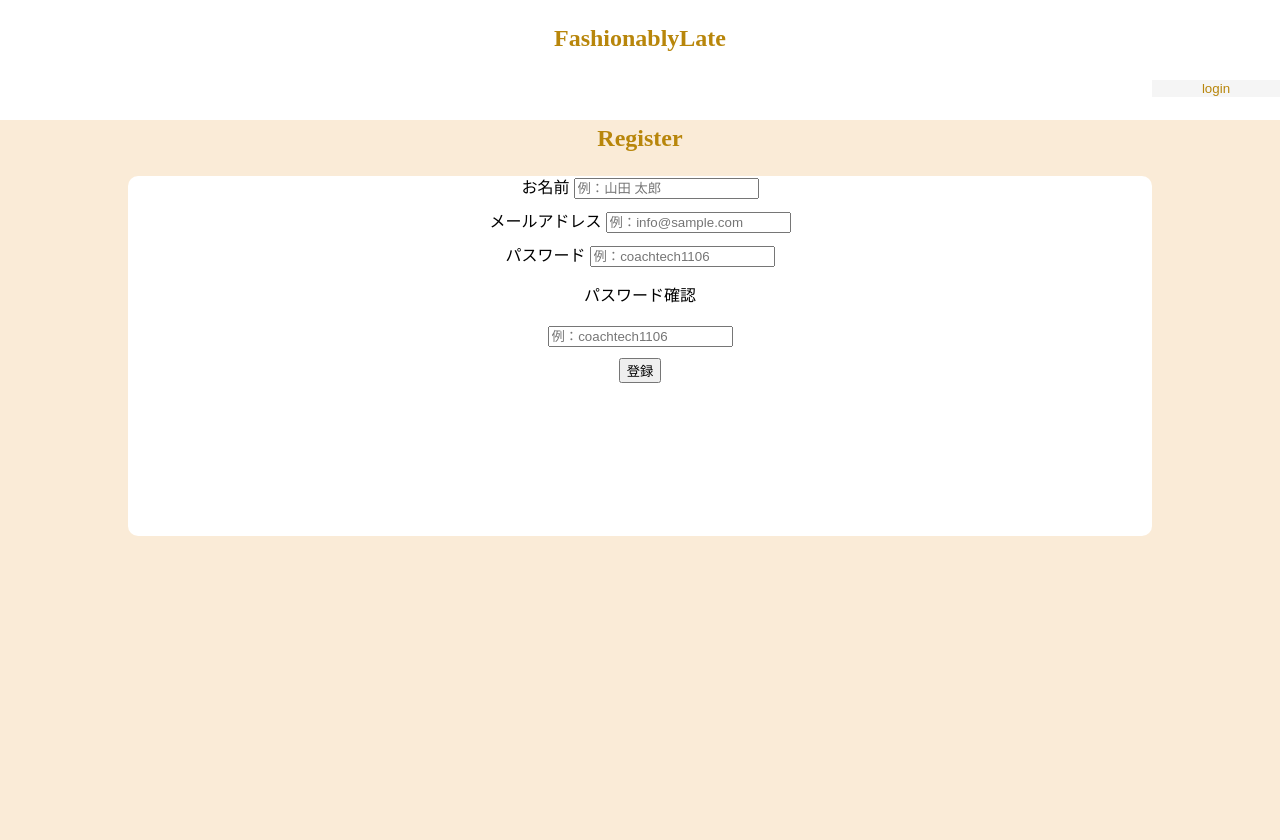
Repository: tokisiro/test-form
Page: http://localhost/register
An editor plug-in stored every save of this project. The page is shown before and after the next save, followed by the edit.
The browser window is 1280 px wide. The pictures show the whole page.
The page is served by the project's Laravel application, run on PHP 8.4 with Laravel 8. A made-up administrator, Test User (test@example.com), is signed in.

Above is the page before, as saved 2025-05-07 21:00:13.

After the next save:
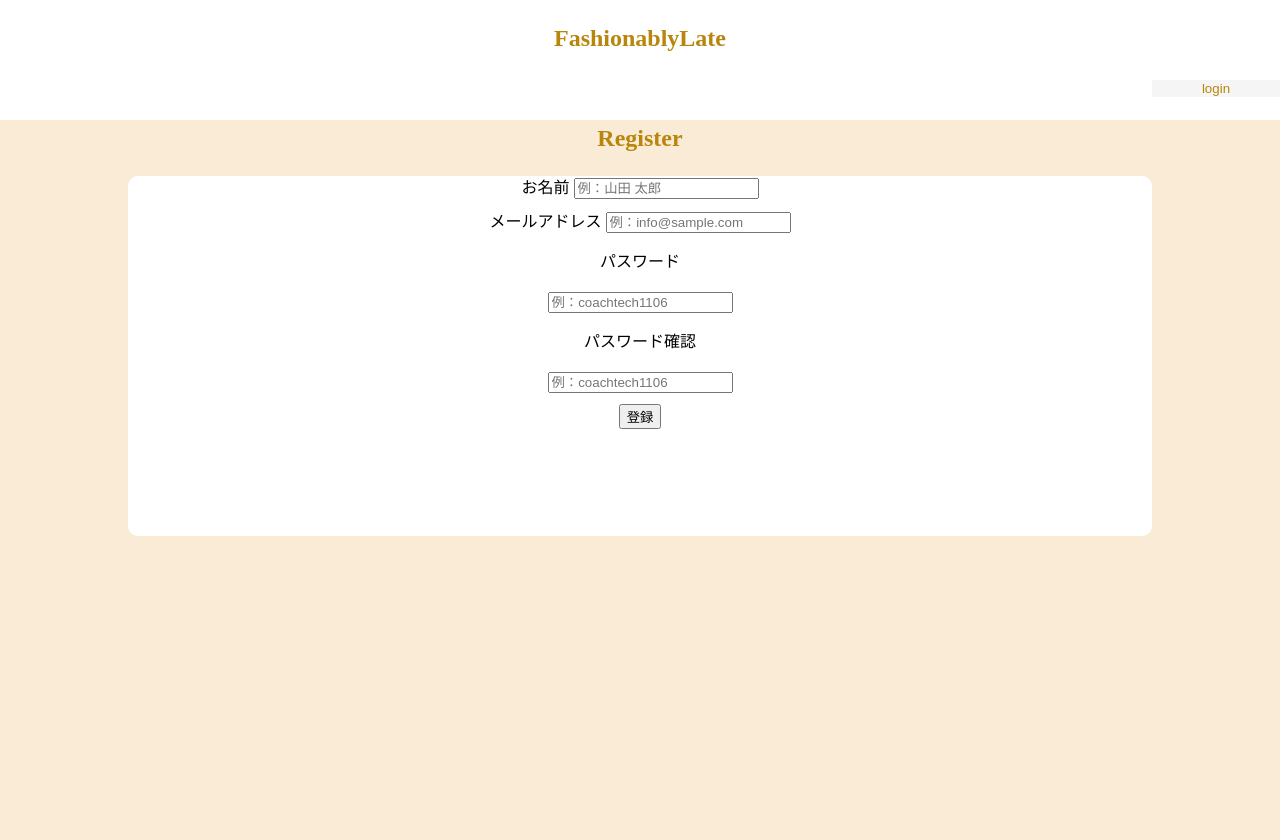
Saved 6 s later.
--- a/src/resources/views/register.blade.php
+++ b/src/resources/views/register.blade.php
@@ -49,7 +49,7 @@
                             <input type="email" name="email" value="{{ old('email') }}" placeholder="例：info@sample.com">
                         </div>
                         <div class="register-form__content-input">
-                            <label>パスワード</label>
+                            <p>パスワード</p>
                             <input type="password" name="password" placeholder="例：coachtech1106">
                         </div>
                         <div class="register-form__content-input">
